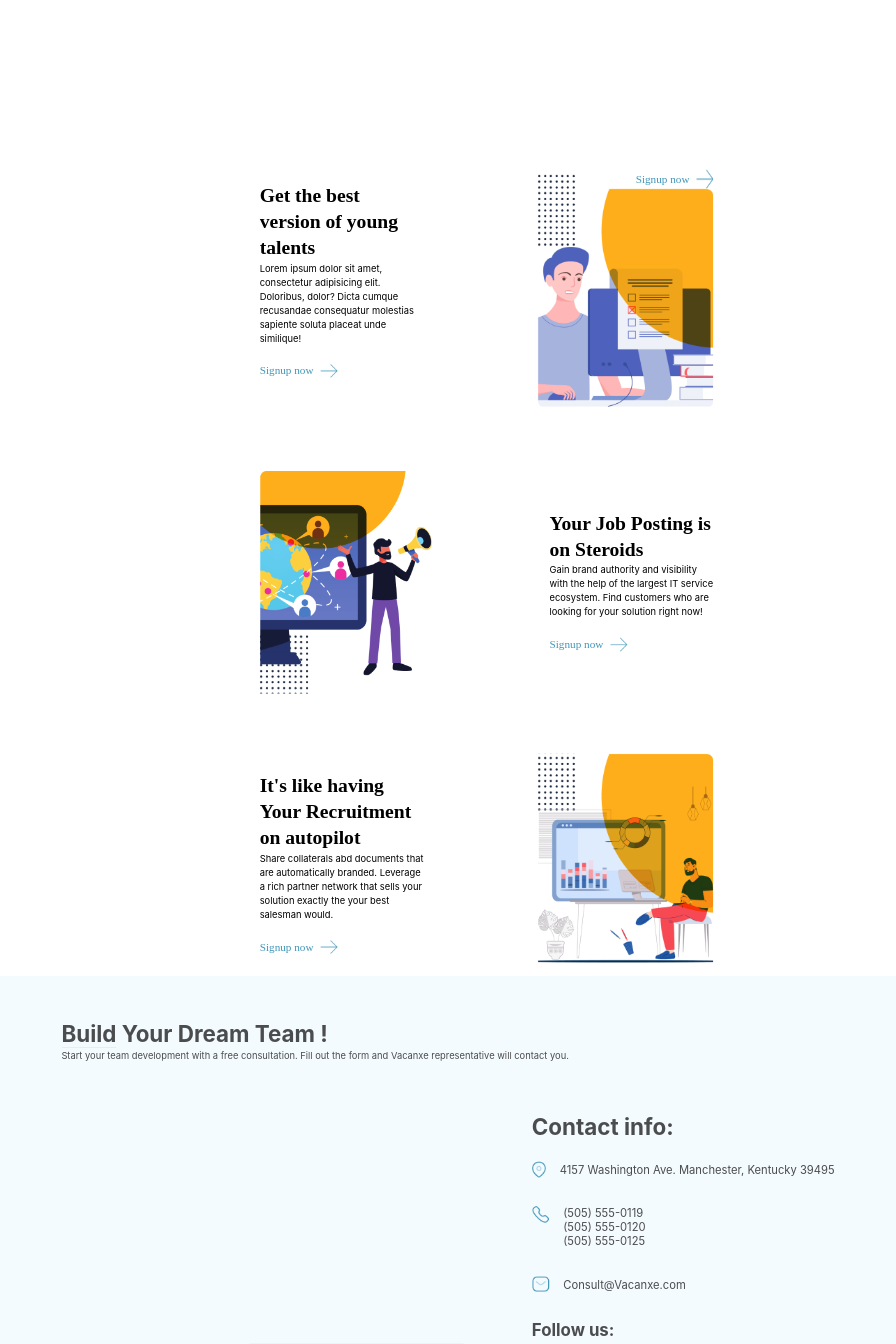
Repository: uh-sman/Vacanxe
Page: /
These files come from the project's save history. The page is drawn as it stood at one moment and after the next save; the edit follows.
The browser window is 1280 px wide. The pictures show the part of the page from y = 527 to 2447 px (the page is 3494 px tall), at 70% of full size.
The project was rebuilt for these pictures with package versions that can differ from the ones it lists, and the page was loaded fresh each time. Also part of the build but not shown: src/components/data.js, src/components/navbar.css, src/components/SideNav.jsx, src/components/Navbar.jsx.

Above is the page before, as saved 2022-12-03 22:20:18.

After the next save:
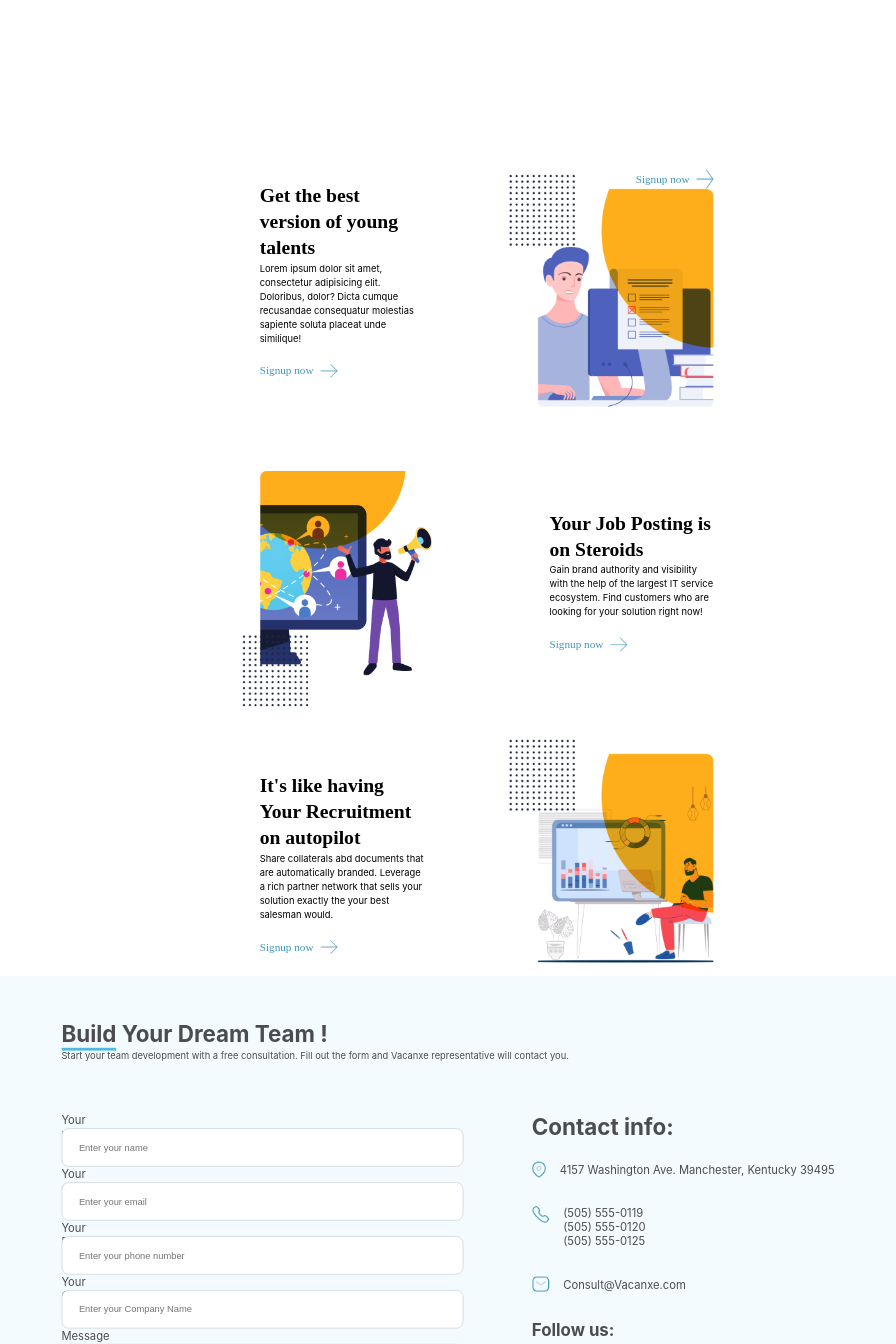
Saved 23 s later.
--- a/src/App.css
+++ b/src/App.css
@@ -4,8 +4,6 @@
   box-sizing: border-box;
   list-style: none;
   text-decoration: none;
-  overflow: hidden;
-  position: relative;
 }
 /* @keyframes App-logo-spin {
   from {
